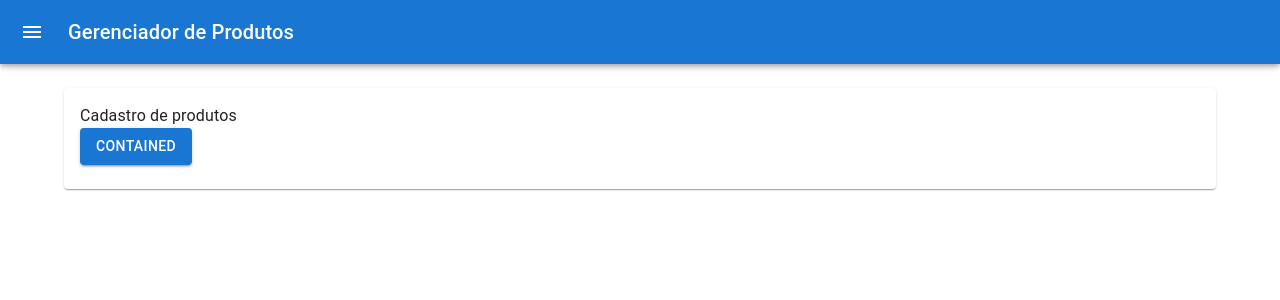
Repository: KennedyWanderson/crud-web
Page: /
The author's editor kept a copy of each file at every save. The page is drawn from the files as they stood at one save, then again after the next save.
The browser window is 1280 px wide. The pictures show the whole page.
The project was rebuilt for these pictures with package versions that can differ from the ones it lists, and the page was loaded fresh each time. Also part of the build but not shown: src/Components/ProductList.js, src/Components/CategoryRegister.js, src/Components/CategotyList.js.

Above is the page before, as saved 2023-11-15 16:01:56.

### src/App.js

import React, { useState } from 'react';
import Menu from "./Components/Menu";

function App() {




  return (
    <div>
      <Menu />
    </div>
  );
}

export default App;

### src/Components/Menu.js
import * as React from 'react';
import { styled, useTheme } from '@mui/material/styles';
import Box from '@mui/material/Box';
import Drawer from '@mui/material/Drawer';
import CssBaseline from '@mui/material/CssBaseline';
import MuiAppBar from '@mui/material/AppBar';
import Toolbar from '@mui/material/Toolbar';
import List from '@mui/material/List';
import Typography from '@mui/material/Typography';
import Divider from '@mui/material/Divider';
import IconButton from '@mui/material/IconButton';
import MenuIcon from '@mui/icons-material/Menu';
import ChevronLeftIcon from '@mui/icons-material/ChevronLeft';
import ChevronRightIcon from '@mui/icons-material/ChevronRight';
import ListItem from '@mui/material/ListItem';
import ListItemButton from '@mui/material/ListItemButton';
import ListItemIcon from '@mui/material/ListItemIcon';
import ListItemText from '@mui/material/ListItemText';
import InboxIcon from '@mui/icons-material/MoveToInbox';
// eslint-disable-next-line
import MailIcon from '@mui/icons-material/Mail';
import ProductRegister from "./ProductRegister"
import ProductList from "./ProductList"
import CategoryRegister from "./CategoryRegister"
import CategotyList from "./CategotyList"
import { Container } from "@mui/material";
import { useState } from 'react';


const drawerWidth = 240;

const Main = styled('main', { shouldForwardProp: (prop) => prop !== 'open' })(
    ({ theme, open }) => ({
        flexGrow: 1,
        padding: theme.spacing(3),
        transition: theme.transitions.create('margin', {
            easing: theme.transitions.easing.sharp,
            duration: theme.transitions.duration.leavingScreen,
        }),
        marginLeft: `-${drawerWidth}px`,
        ...(open && {
            transition: theme.transitions.create('margin', {
                easing: theme.transitions.easing.easeOut,
                duration: theme.transitions.duration.enteringScreen,
            }),
            marginLeft: 0,
        }),
    }),
);

const AppBar = styled(MuiAppBar, {
    shouldForwardProp: (prop) => prop !== 'open',
})(({ theme, open }) => ({
    transition: theme.transitions.create(['margin', 'width'], {
        easing: theme.transitions.easing.sharp,
        duration: theme.transitions.duration.leavingScreen,
    }),
    ...(open && {
        width: `calc(100% - ${drawerWidth}px)`,
        marginLeft: `${drawerWidth}px`,
        transition: theme.transitions.create(['margin', 'width'], {
            easing: theme.transitions.easing.easeOut,
            duration: theme.transitions.duration.enteringScreen,
        }),
    }),
}));

const DrawerHeader = styled('div')(({ theme }) => ({
    display: 'flex',
    alignItems: 'center',
    padding: theme.spacing(0, 1),
    // necessary for content to be below app bar
    ...theme.mixins.toolbar,
    justifyContent: 'flex-end',
}));

export default function Menu() {
    const theme = useTheme();
    const [open, setOpen] = React.useState(false);
    const [visible, setVisible] = useState(1)

    const handleDrawerOpen = () => {
        setOpen(true);
    };

    const handleDrawerClose = () => {
        setOpen(false);
    };

    function selectComponent() {
        if (visible === 1) {
            return <ProductRegister text={"Cadastro de produtos"} />
        } else if (visible === 2) {
            return <ProductList text={"Listagem de produtos"} />
        } else if (visible === 3) {
            return <CategoryRegister text={"Cadastro de categoria"} />
        } else {
            return <CategotyList text={"Listagem de categoria"} />
        }
    }

    return (
        <Box sx={{ display: 'flex' }}>
            <CssBaseline />
            <AppBar position="fixed" open={open}>
                <Toolbar>
                    <IconButton
                        color="inherit"
                        aria-label="open drawer"
                        onClick={handleDrawerOpen}
                        edge="start"
                        sx={{ mr: 2, ...(open && { display: 'none' }) }}
                    >
                        <MenuIcon />
                    </IconButton>
                    <Typography variant="h6" noWrap component="div">
                        Gerenciador de Produtos
                    </Typography>
                </Toolbar>
            </AppBar>
            <Drawer
                sx={{
                    width: drawerWidth,
                    flexShrink: 0,
                    '& .MuiDrawer-paper': {
                        width: drawerWidth,
                        boxSizing: 'border-box',
                    },
                }}
                variant="persistent"
                anchor="left"
                open={open}
            >
                <DrawerHeader>
                    <IconButton onClick={handleDrawerClose}>
                        {theme.direction === 'ltr' ? <ChevronLeftIcon /> : <ChevronRightIcon />}
                    </IconButton>
                </DrawerHeader>
                <Divider />
                <List>
                    <ListItem onClick={() => { setVisible(1) }} key={1} disablePadding>
                        <ListItemButton>
                            <ListItemIcon>
                                <InboxIcon />
                            </ListItemIcon>
                            <ListItemText primary={"Cadastro de Produtos"} />
                        </ListItemButton>
                    </ListItem>

                    <ListItem onClick={() => { setVisible(2) }} key={2} disablePadding>
                        <ListItemButton>
                            <ListItemIcon>
                                <InboxIcon />
                            </ListItemIcon>
                            <ListItemText primary={"Listagem de Produtos"} />
                        </ListItemButton>
                    </ListItem>

                    <ListItem onClick={() => { setVisible(3) }} key={3} disablePadding>
                        <ListItemButton>
                            <ListItemIcon>
                                <InboxIcon />
                            </ListItemIcon>
                            <ListItemText primary={"Cadastro de Categorias"} />
                        </ListItemButton>
                    </ListItem>

                    <ListItem onClick={() => { setVisible(4) }} key={4} disablePadding>
                        <ListItemButton>
                            <ListItemIcon>
                                <InboxIcon />
                            </ListItemIcon>
                            <ListItemText primary={"Listagem de Categorias"} />
                        </ListItemButton>
                    </ListItem>
                </List>
            </Drawer>
            <Main open={open}>
                <DrawerHeader />
                <Container>
                    {selectComponent()}
                </Container>
            </Main>
        </Box>
    );
}

### src/Components/ProductRegister.js
import { Card, CardContent, Button } from "@mui/material";
import React from "react";

function ProductRegister(props){
    return (
        <Card>
            <CardContent>
                <div>{props.text}</div>
                <Button variant="contained">Contained</Button>
            </CardContent>

        </Card>
    )
}

export default ProductRegister

Loaded but not shown: public/index.html (common file); src/index.js (common file); src/reportWebVitals.js (common file)

After the next save:
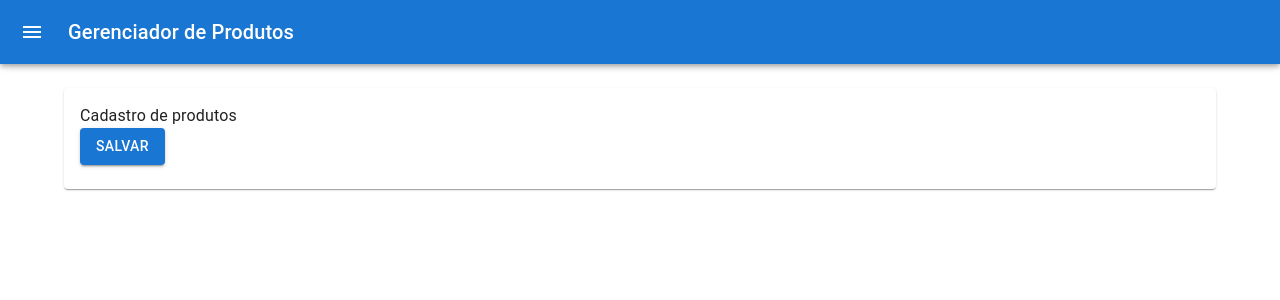
Saved 6 s later.
--- a/src/Components/ProductRegister.js
+++ b/src/Components/ProductRegister.js
@@ -6,7 +6,7 @@ function ProductRegister(props){
         <Card>
             <CardContent>
                 <div>{props.text}</div>
-                <Button variant="contained">Contained</Button>
+                <Button variant="contained">Salvar</Button>
             </CardContent>
 
         </Card>
